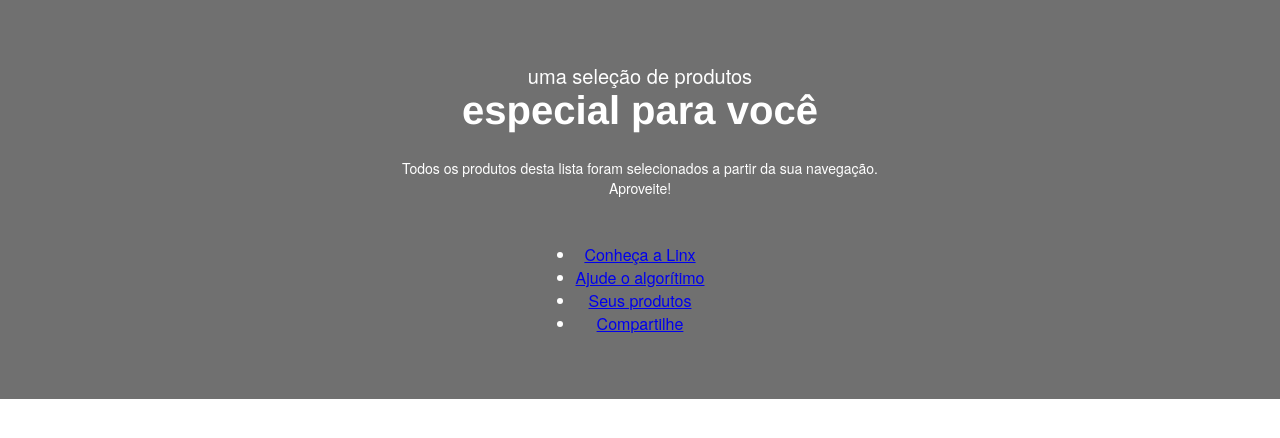
Repository: danielpellicano/front-end-developer-test-linx-2020
Page: index.html
An editor plug-in stored every save of this project. The page is shown before and after the next save, followed by the edit.
The browser window is 1280 px wide. The pictures show the whole page.
Some web fonts or font styles are not loaded; a fallback is used.

Above is the page before, as saved 2020-09-01 12:14:23.

After the next save:
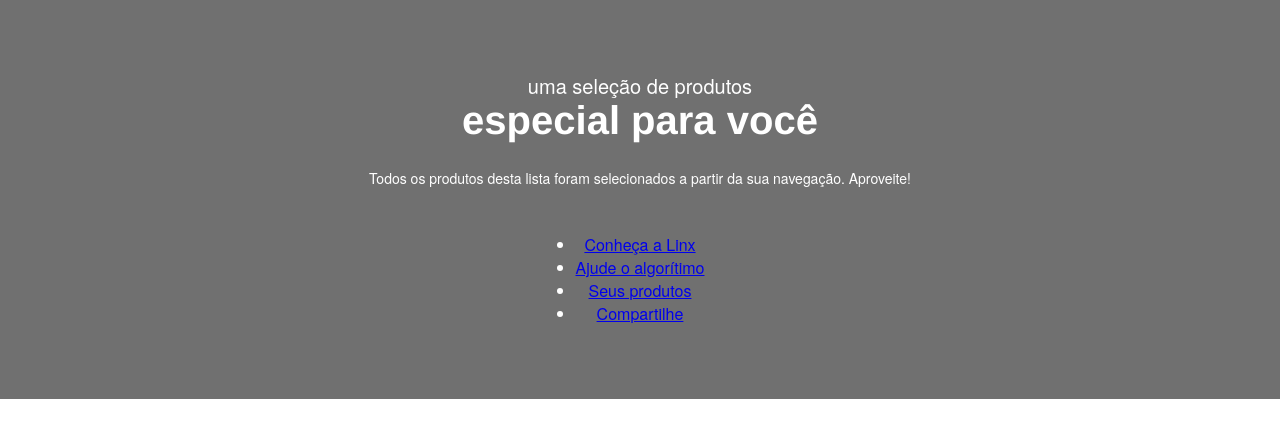
Saved 29 s later.
--- a/css/responsive.css
+++ b/css/responsive.css
@@ -1,6 +1,12 @@
-@media (min-width: 1200px) {
+@media (min-width: 576px) {
     .container {
-        max-width: 1140px;
+        max-width: 540px;
+    }
+}
+
+@media (min-width: 768px) {
+    .container {
+        max-width: 720px;
     }
 }
 
@@ -10,14 +16,8 @@
     }
 }
 
-@media (min-width: 768px) {
+@media (min-width: 1200px) {
     .container {
-        max-width: 720px;
+        max-width: 1140px;
     }
 }
-
-@media (min-width: 576px) {
-    .container {
-        max-width: 540px;
-    }
-}
